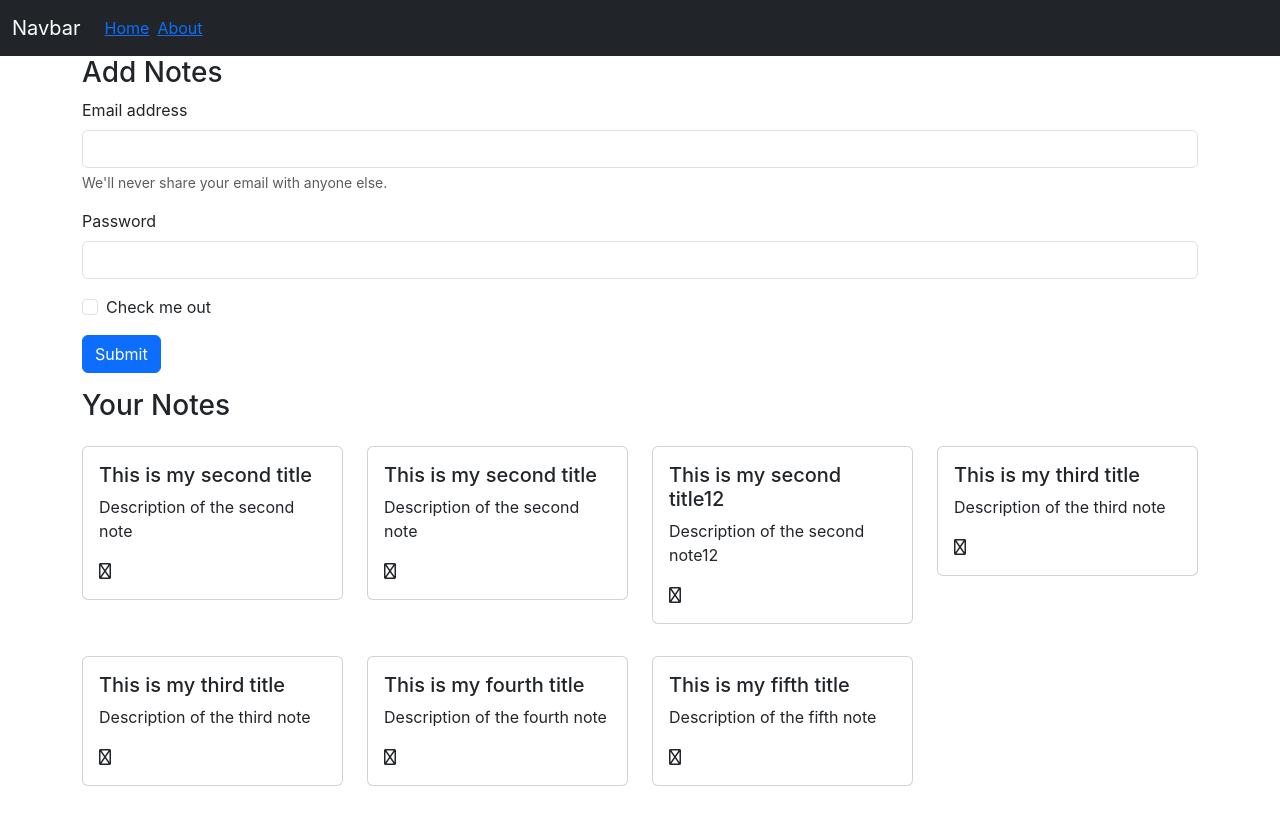
Repository: alphacode77/DailyNotes-react
Page: /
The author's editor kept a copy of each file at every save. The page is drawn from the files as they stood at one save, then again after the next save.
The browser window is 1280 px wide. The pictures show the whole page.
Some web libraries are served in a nearby version. The project was rebuilt for these pictures with package versions that can differ from the ones it lists, and the page was loaded fresh each time. Also part of the build but not shown: src/App.css, src/components/About.js.

Above is the page before, as saved 2023-02-28 16:53:37.

After the next save:
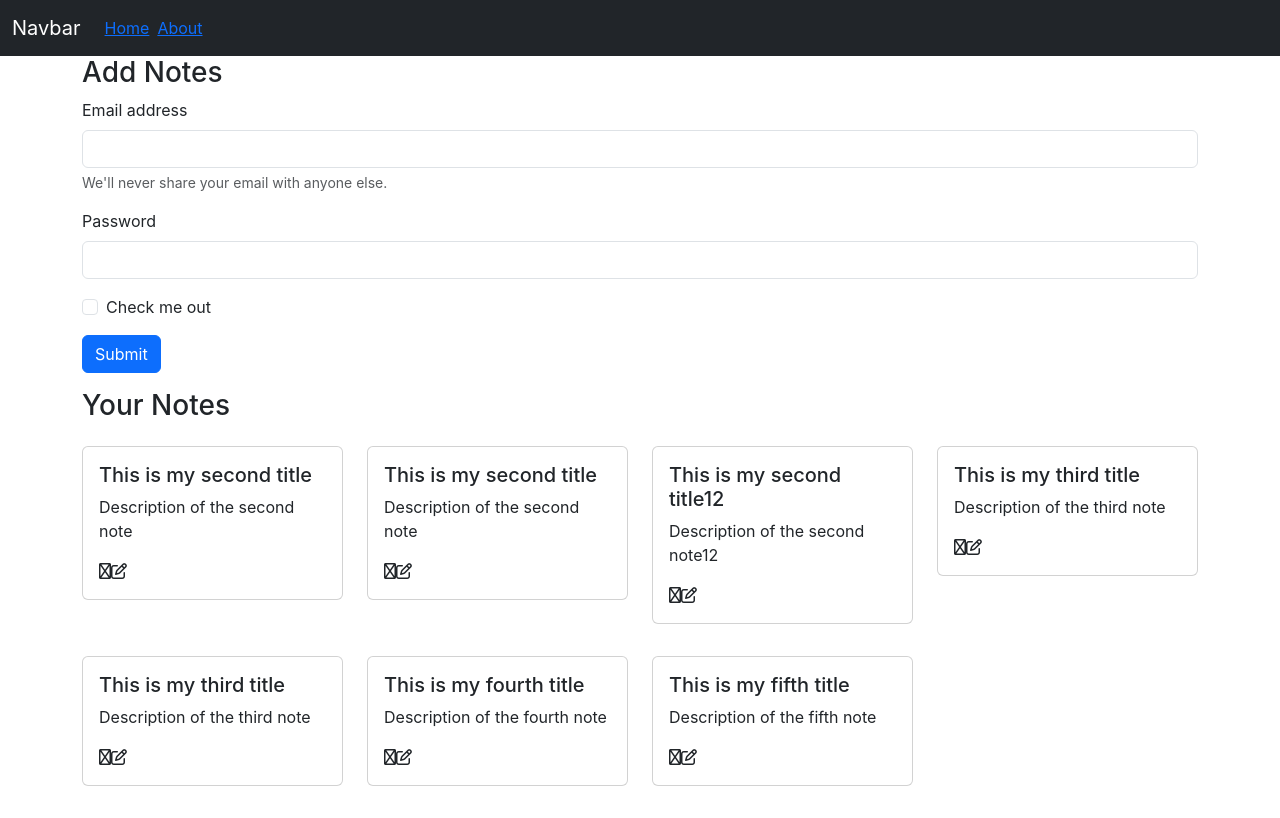
Saved 2 min 31 s later.
--- a/src/components/Noteitem.js
+++ b/src/components/Noteitem.js
@@ -11,6 +11,7 @@ const Noteitem = (props) => {
             <h5 className="card-title">{note.title}</h5>
             <p className="card-text">{note.description}</p>
           <i class="fa-regular fa-trash"></i>
+          <i class="fa-regular fa-pen-to-square"></i>
           </div>
         </div>
       </div>
